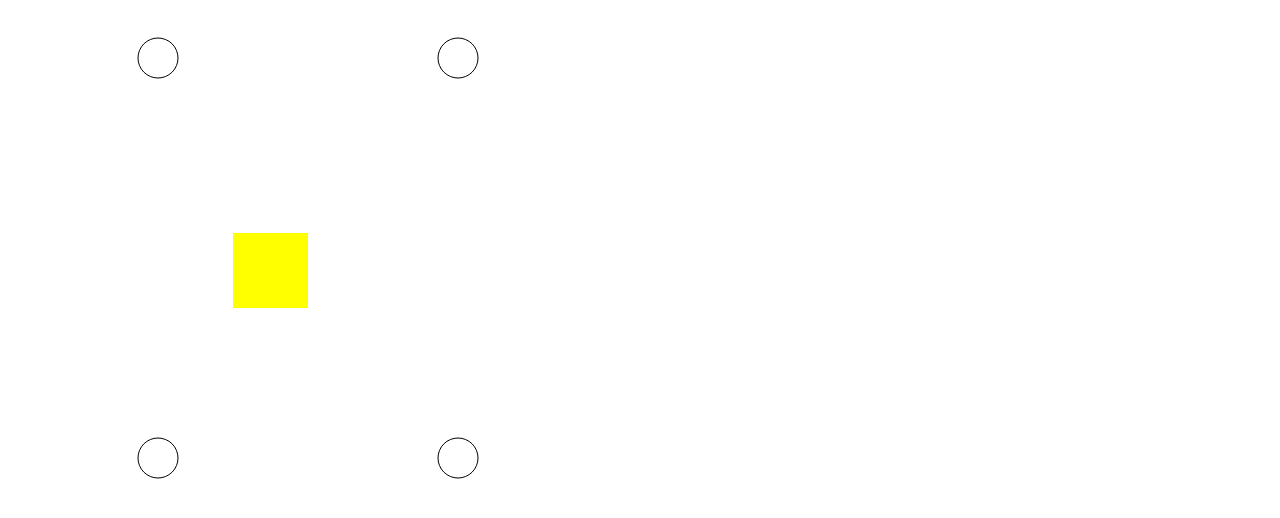
Repository: facio313/Python
Page: HELLO_PYTHON/day17/templates/canvas.html
An editor plug-in stored every save of this project. The page is shown before and after the next save, followed by the edit.
The browser window is 1280 px wide. The pictures show the whole page.

Above is the page before, as saved 2022-12-15 10:38:40.

### HELLO_PYTHON/day17/templates/canvas.html
<!DOCTYPE html>
<html>
<head>
<meta charset="UTF-8">
<title>Insert title here</title>
</head>
<body onload="loader()">
<script>
function loader(){
	var canvas = document.getElementById( "canvas" );   // canvas 객체
	var ctx = canvas.getContext( "2d" );      // 2d canvas 획득

	ctx.beginPath();
	ctx.arc(150, 50, 20, 0, Math.PI*2, false );
	ctx.stroke();

	ctx.beginPath();
	ctx.arc(450, 50, 20, 0, Math.PI*2, false );
	ctx.stroke();

	ctx.beginPath();
	ctx.arc(450, 450, 20, 0, Math.PI*2, false );
	ctx.stroke();

	ctx.beginPath();
	ctx.arc(150, 450, 20, 0, Math.PI*2, false );
	ctx.stroke();

	ctx.fillStyle = "rgba(255, 255, 0, 1)";
	ctx.fillRect (225, 225, 75, 75);
}
</script>

 <canvas id="canvas" width="600" height="500"/>

</body>
</html>

After the next save:
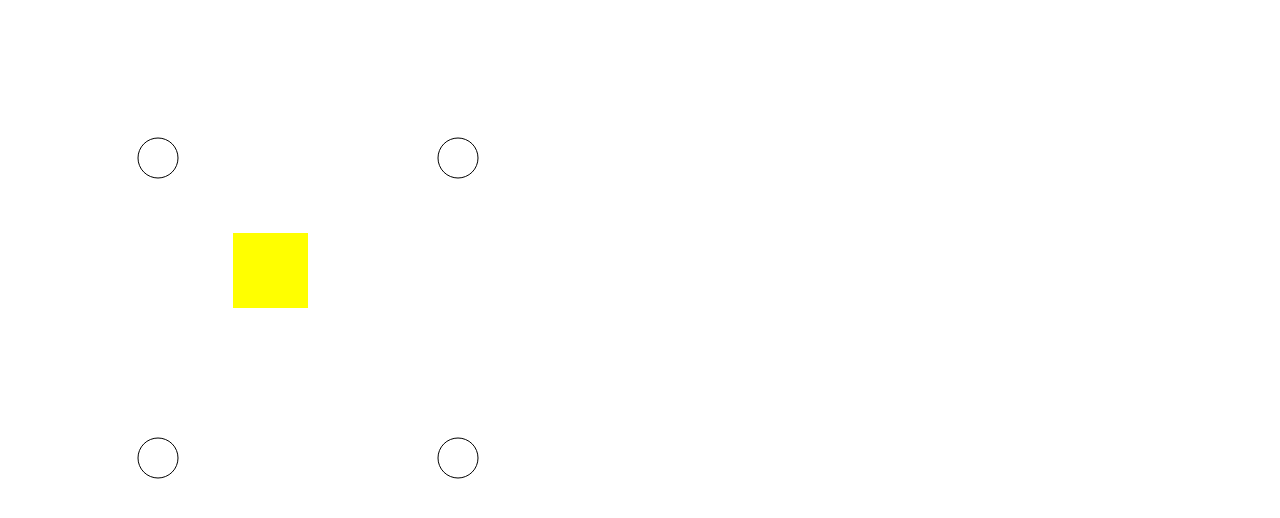
Saved 13 s later.
--- a/HELLO_PYTHON/day17/templates/canvas.html
+++ b/HELLO_PYTHON/day17/templates/canvas.html
@@ -11,11 +11,11 @@ function loader(){
 	var ctx = canvas.getContext( "2d" );      // 2d canvas 획득
 
 	ctx.beginPath();
-	ctx.arc(150, 50, 20, 0, Math.PI*2, false );
+	ctx.arc(150, 150, 20, 0, Math.PI*2, false );
 	ctx.stroke();
 
 	ctx.beginPath();
-	ctx.arc(450, 50, 20, 0, Math.PI*2, false );
+	ctx.arc(450, 150, 20, 0, Math.PI*2, false );
 	ctx.stroke();
 
 	ctx.beginPath();
